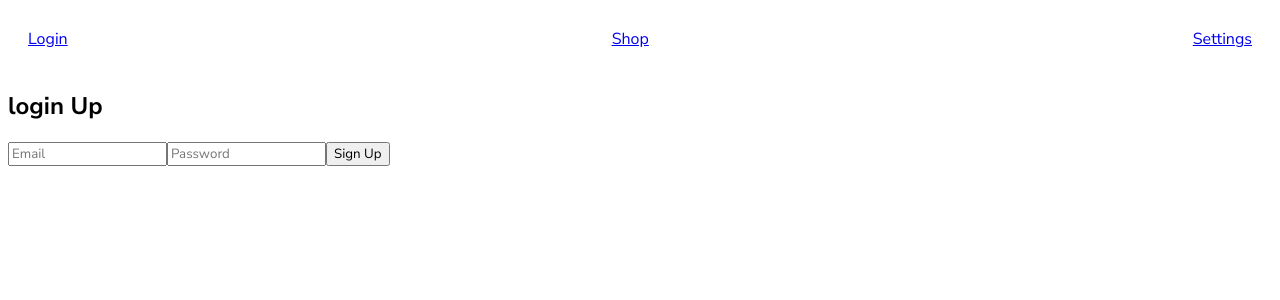
Repository: David-Waite/StudyTimer
Page: /login
An editor plug-in stored every save of this project. The page is shown before and after the next save, followed by the edit.
The browser window is 1280 px wide. The pictures show the whole page.
The project was rebuilt for these pictures with package versions that can differ from the ones it lists, and the page was loaded fresh each time. Also part of the build but not shown: vite.config.js, src/stores/settings.js, src/stores/timer.js, src/components/TimerItem.vue, src/views/HomeView.vue, src/views/ShopView.vue, src/views/SettingsView.vue, src/views/SignupView.vue.

Above is the page before, as saved 2024-04-17 17:44:23.

### src/main.js
import './assets/main.css'

import { createApp } from 'vue'
import { createPinia } from 'pinia'

import App from './App.vue'
import router from './router'
const app = createApp(App)

import { initializeApp } from 'firebase/app'
import { getFirestore } from 'firebase/firestore'
const firebaseConfig = {
  apiKey: 'AIzaSyDIrjlSH1FTxcHbbijQK5LTi-fJHY5x5Rc',
  authDomain: 'studytimer-24827.firebaseapp.com',
  projectId: 'studytimer-24827',
  storageBucket: 'studytimer-24827.appspot.com',
  messagingSenderId: '294964216380',
  appId: '1:294964216380:web:881cc678b0b004a550f939',
  measurementId: 'G-QZWGJ01WY5'
}

// Initialize Firebase app
initializeApp(firebaseConfig)

const firebaseApp = initializeApp(firebaseConfig)
const db = getFirestore(firebaseApp)

app.use(createPinia())

app.use(router)

app.mount('#app')
export default db

### src/App.vue
<script setup>
import { RouterView } from 'vue-router'
import NavItem from './components/NavItem.vue'
</script>

<template>
  <NavItem />
  <RouterView />
</template>

<style scoped></style>

### src/router/index.js
import { createRouter, createWebHistory } from 'vue-router'
import LoginView from '../views/LoginView.vue'
import HomeView from '@/views/HomeView.vue'
import ShopView from '@/views/ShopView.vue'
import SettingsView from '@/views/SettingsView.vue'
import SignupView from '@/views/SignupView.vue'

const router = createRouter({
  history: createWebHistory(import.meta.env.BASE_URL),
  routes: [
    {
      path: '/login',
      name: 'login',
      component: LoginView
    },
    {
      path: '/signup',
      name: 'signup',
      component: SignupView
    },
    {
      path: '/',
      name: 'home',
      component: HomeView
    },
    {
      path: '/shop',
      name: 'shop',
      component: ShopView
    },
    {
      path: '/settings',
      name: 'settings',
      component: SettingsView
    }
  ]
})

export default router

### src/assets/base.css
/* color palette from <https://github.com/vuejs/theme>
:root {
  --vt-c-white: #ffffff;
  --vt-c-white-soft: #f8f8f8;
  --vt-c-white-mute: #f2f2f2;

  --vt-c-black: #181818;
  --vt-c-black-soft: #222222;
  --vt-c-black-mute: #282828;

  --vt-c-indigo: #2c3e50;

  --vt-c-divider-light-1: rgba(60, 60, 60, 0.29);
  --vt-c-divider-light-2: rgba(60, 60, 60, 0.12);
  --vt-c-divider-dark-1: rgba(84, 84, 84, 0.65);
  --vt-c-divider-dark-2: rgba(84, 84, 84, 0.48);

  --vt-c-text-light-1: var(--vt-c-indigo);
  --vt-c-text-light-2: rgba(60, 60, 60, 0.66);
  --vt-c-text-dark-1: var(--vt-c-white);
  --vt-c-text-dark-2: rgba(235, 235, 235, 0.64);
}

/* semantic color variables for this project
:root {
  --color-background: var(--vt-c-white);
  --color-background-soft: var(--vt-c-white-soft);
  --color-background-mute: var(--vt-c-white-mute);

  --color-border: var(--vt-c-divider-light-2);
  --color-border-hover: var(--vt-c-divider-light-1);

  --color-heading: var(--vt-c-text-light-1);
  --color-text: var(--vt-c-text-light-1);

  --section-gap: 160px;
}

@media (prefers-color-scheme: dark) {
  :root {
    --color-background: var(--vt-c-black);
    --color-background-soft: var(--vt-c-black-soft);
    --color-background-mute: var(--vt-c-black-mute);

    --color-border: var(--vt-c-divider-dark-2);
    --color-border-hover: var(--vt-c-divider-dark-1);

    --color-heading: var(--vt-c-text-dark-1);
    --color-text: var(--vt-c-text-dark-2);
  }
}

*,
*::before,
*::after {
  box-sizing: border-box;
  margin: 0;
  font-weight: normal;
}

body {
  min-height: 100vh;
  color: var(--color-text);
  background: var(--color-background);
  transition:
    color 0.5s,
    background-color 0.5s;
  line-height: 1.6;
  font-family:
    Inter,
    -apple-system,
    BlinkMacSystemFont,
    'Segoe UI',
    Roboto,
    Oxygen,
    Ubuntu,
    Cantarell,
    'Fira Sans',
    'Droid Sans',
    'Helvetica Neue',
    sans-serif;
  font-size: 15px;
  text-rendering: optimizeLegibility;
  -webkit-font-smoothing: antialiased;
  -moz-osx-font-smoothing: grayscale;
} */

@import url('https://fonts.googleapis.com/css2?family=Nunito+Sans:ital,opsz,wght@0,6..12,200..1000;1,6..12,200..1000&display=swap');

* {
  font-family: 'Nunito Sans', sans-serif;
  font-optical-sizing: auto;
}

### src/components/NavItem.vue
<script setup>
import { RouterLink } from 'vue-router'
import { getAuth, onAuthStateChanged, signOut } from 'firebase/auth'
import router from '@/router'
</script>

<script>
export default {
  data() {
    return {
      auth: '',
      isLoggedIn: false
    }
  },
  methods: {
    handleSignOut() {
      signOut(this.auth)
      router.push('/signup')
    }
  },
  mounted() {
    this.auth = getAuth()
    onAuthStateChanged(this.auth, (user) => {
      if (user) {
        this.isLoggedIn = true
      } else {
        this.isLoggedIn = false
      }
    })
  }
}
</script>

<template>
  <div class="navContainer">
    <RouterLink v-if="!isLoggedIn" to="/login">Login</RouterLink>
    <button v-if="isLoggedIn" @click="handleSignOut">log out</button>
    <RouterLink to="/shop">Shop</RouterLink>
    <RouterLink to="/settings">Settings</RouterLink>
  </div>
</template>

<style scoped>
.navContainer {
  padding: 20px;
  display: flex;
  justify-content: space-between;
}
</style>

### src/views/LoginView.vue
<script setup>
import { signInWithEmailAndPassword, getAuth } from 'firebase/auth'
</script>
<template>
  <div>
    <h2>login Up</h2>
    <form @submit.prevent="registerUser">
      <input v-model="email" type="email" placeholder="Email" required />
      <input v-model="password" type="password" placeholder="Password" required />
      <button type="submit">Sign Up</button>
    </form>
    <p v-if="errorMessage">{{ errorMessage }}</p>
  </div>
</template>

<script>
export default {
  data() {
    return {
      email: '',
      password: '',
      errorMessage: ''
    }
  },
  methods: {
    async registerUser() {
      try {
        console.log(this.email, this.password)
        // Use Firebase authentication API to create a new user
        await signInWithEmailAndPassword(getAuth(), this.email, this.password)
        // Redirect to the home page or another route
        this.$router.push('/')
      } catch (error) {
        switch (error.code) {
          case 'auth/user-not-found':
            this.errorMessage = 'No account with that email found'
            break
          case 'auth/invalid-email':
            this.errorMessage = 'Invalid Email'
            break
          case 'auth/wrong-password':
            this.errorMessage = 'Password was incorrect'
            break
          default:
            this.errorMessage = 'something went wrong'
            break
        }

        console.error('Error creating user:', error)
      }
    }
  }
}
</script>

Loaded but not shown: index.html (common file); src/assets/main.css (common file)

After the next save:
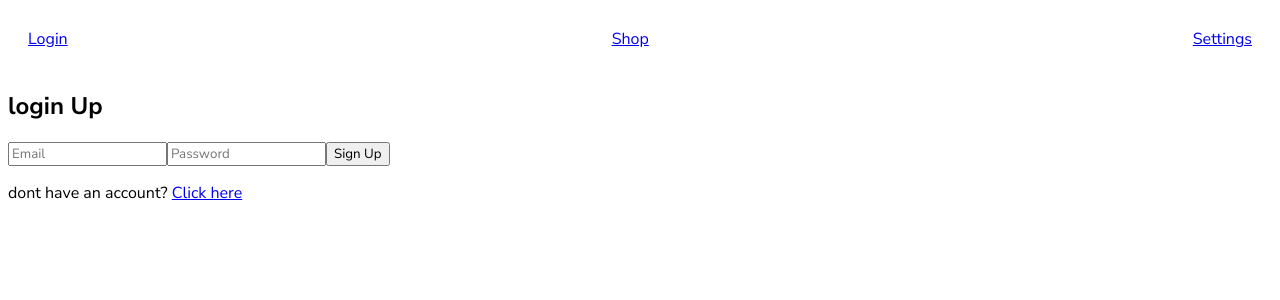
Saved 11 s later.
--- a/src/views/LoginView.vue
+++ b/src/views/LoginView.vue
@@ -11,6 +11,7 @@ import { signInWithEmailAndPassword, getAuth } from 'firebase/auth'
     </form>
     <p v-if="errorMessage">{{ errorMessage }}</p>
   </div>
+  <p>dont have an account? <RouterLink to="/signup">Click here</RouterLink></p>
 </template>
 
 <script>
